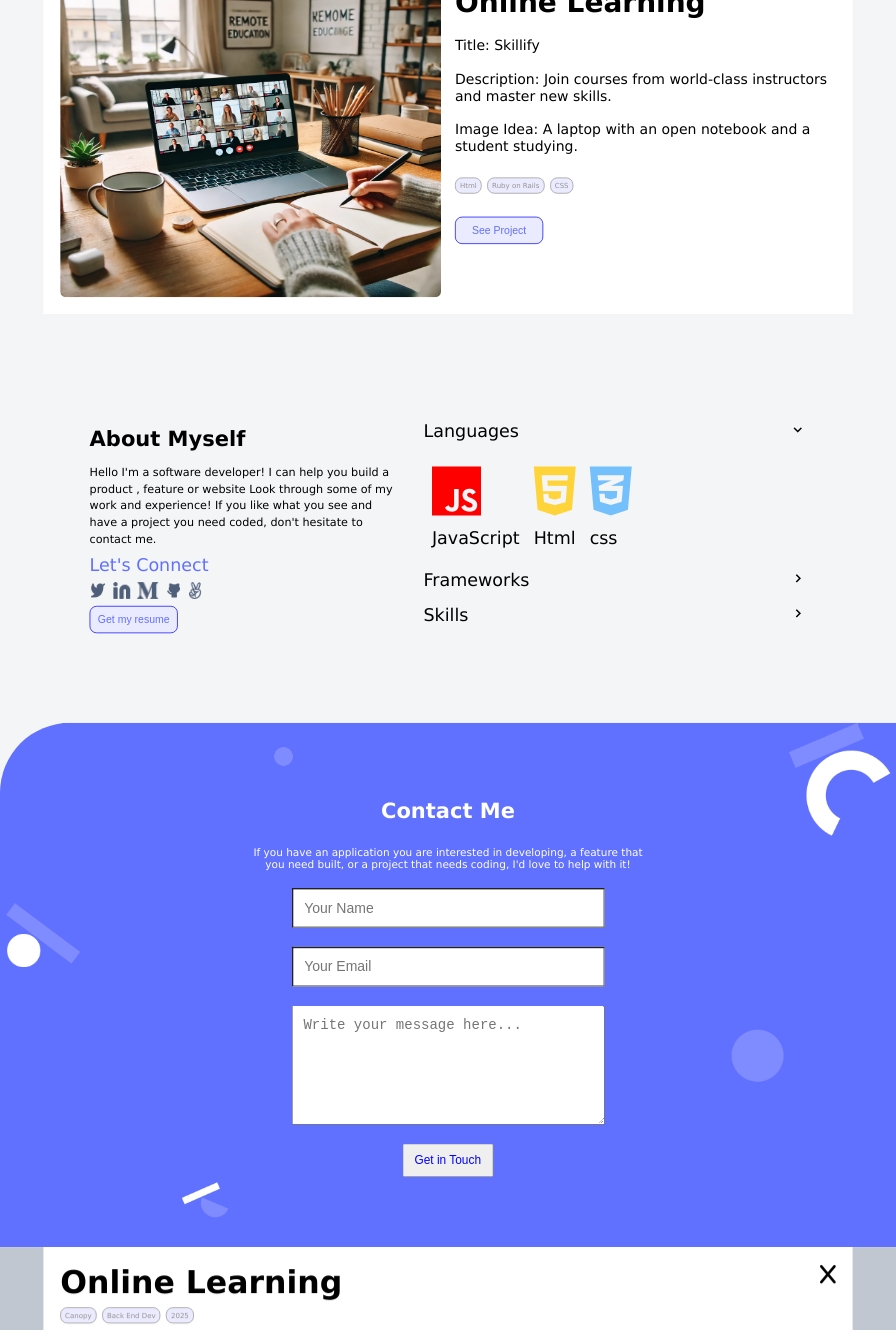
Repository: usman3123/portfolio-template-3
Page: index.html
The author's editor kept a copy of each file at every save. The page is drawn from the files as they stood at one save, then again after the next save.
The browser window is 1280 px wide. The pictures show the part of the page from y = 2831 to 4731 px (the page is 5461 px tall before and 5333 px after), at 70% of full size.
Pictures or frames that could not be fetched are drawn as grey boxes. Some web libraries are served in a nearby version.

Above is the page before, as saved 2025-01-29 18:24:14.

After the next save:
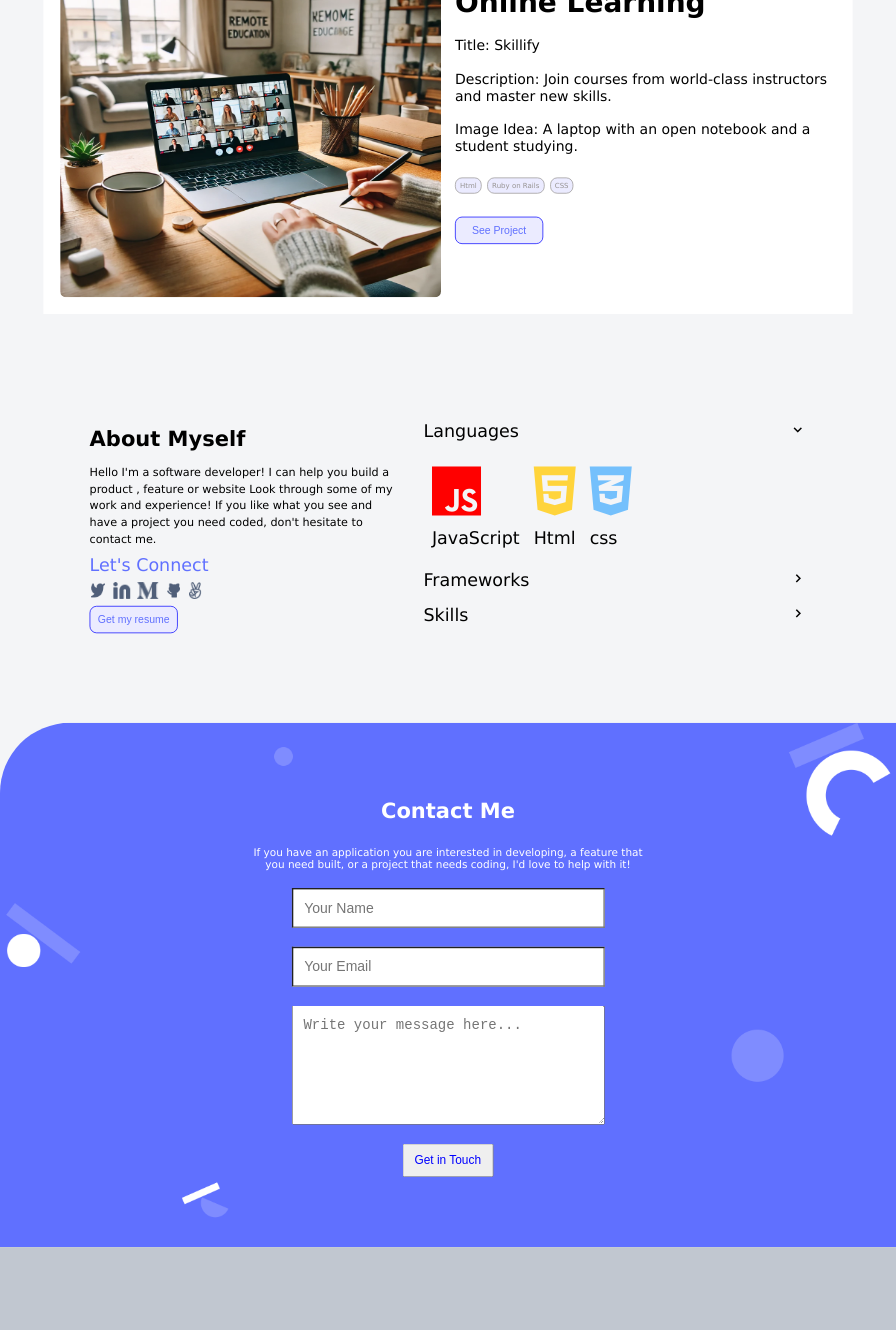
Saved 24 min 2 s later.
--- a/index.js
+++ b/index.js
@@ -75,10 +75,10 @@ arr.forEach((element) => {
     </div>
 `
 });
-
+function popup() {
   const popup = document.querySelector(".container");
-  arr.forEach((element) => {
-    popup.innerHTML = `<div class="inner-container">
+    popup.innerHTML =  arr.forEach((element) => {
+      `<div class="inner-container">
     <div class="icon-head flex">
         <h2 class="heading flex">${element.h2}</h2>
         <i class="fa-solid fa-x" ></i>
@@ -113,7 +113,9 @@ arr.forEach((element) => {
     </div>
 
     </div>`
-  });
+  })
+}
+
 
 
 
